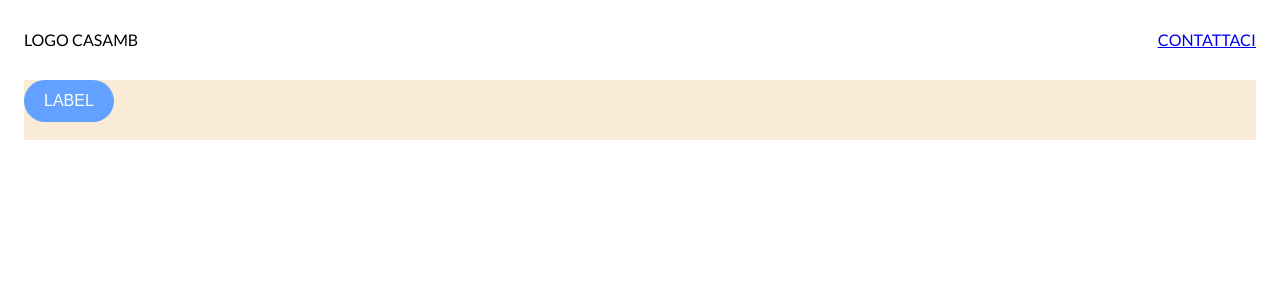
Repository: nicolorz/casamb
Page: /
These files come from the project's save history. The page is drawn as it stood at one moment and after the next save; the edit follows.
The browser window is 1280 px wide. The pictures show the whole page.
The project was rebuilt for these pictures with package versions that can differ from the ones it lists, and the page was loaded fresh each time. Also part of the build but not shown: src/index.css, src/App.css.

Above is the page before, as saved 2023-07-18 17:42:15.

### src/index.js
import React from 'react';
import ReactDOM from 'react-dom/client';
import './index.css';
import './assets/css/reset.css'
import './assets/css/style.css'
import App from './App';
import reportWebVitals from './reportWebVitals';

const root = ReactDOM.createRoot(document.getElementById('root'));
root.render(
  <React.StrictMode>
    <App />
  </React.StrictMode>
);

// If you want to start measuring performance in your app, pass a function
// to log results (for example: reportWebVitals(console.log))
// or send to an analytics endpoint. Learn more: https://bit.ly/CRA-vitals
reportWebVitals();

### src/assets/css/style.css
@import url('https://fonts.googleapis.com/css2?family=Lato:ital,wght@0,300;0,400;0,700;1,300;1,400;1,700&display=swap');

html, body {
  margin: 0;
  padding: 0;
  font-size: 16px;
  font-family: 'Lato', sans-serif;
}

.main-wrapper {
  width: 100vw;
  height: 100vh;
  background-color: #fff;
/*   display: flex;
  flex-flow: row nowrap; */
}

/* .sidebar {
  flex: 1;
  background-color: #f6f6f6;
  display: flex;
  flex-flow: column nowrap;
}

.card-wrapper {
  flex: 4;
  padding: 1rem;
  box-sizing: border-box;
  background-color: #EFF8FF;
  border: 1px solid #62A1FF;
  display: flex;
  flex-flow: row nowrap;
  align-items: flex-start;
  gap: 1rem;
}

.footer, .area-buttons {
  width: 100%;
  padding: 1rem;
  box-sizing: border-box;
  background-color: #EFF8FF;
  border: 1px solid #62A1FF;
}

.foooter {
  flex: 0 1 auto;
}

.area-buttons {
  flex: 1 0 auto;
}

.area-buttons {
  display: flex;
  flex-flow: column nowrap;
  gap: 0.5rem;
}

.area-buttons > button {
  align-self: flex-start;
}

.card {
  flex: 0 1 33%;
  padding: 1rem;
  background-color: #62A1FF;
  /* align-self: flex-start;
}

.card > img {
  width: 100%;
} */

### src/App.js
import logo from './logo.svg';
import './App.css';
import  {Header} from './components/HeaderWrapper/HeaderWrapper';

function App() {

  return (
    <div className="main-wrapper">
      <Header />
    </div>
  );
}

export default App;

### src/components/HeaderWrapper/HeaderWrapper.js
import './Header.css'
import { HeaderBottom } from './HeaderBottom'
import { HeaderTop } from './HeaderTop'

export const Header = () => {
    return <div className="header">
        <HeaderTop />
        <HeaderBottom />
    </div>
}

### src/components/HeaderWrapper/Header.css
.header {
    width: 100%;
    padding: 0 24px;
    box-sizing: border-box;
    position: fixed;
    top: 0;
    left: 0;
}

.header-top {
    width: 100%;
    display: flex;
    flex-flow: row nowrap;
    justify-content: space-between;
    align-items: center;
}

.header-top_logo {
    padding: 2rem 0;
}

.header-bottom {
    width: 100%;
    height: 60px;
    background-color: antiquewhite;
}

### src/components/HeaderWrapper/HeaderBottom.js
import { SortingBtn } from "../SortingBtn/Sortingbtn"

export const HeaderBottom = () => {
    return (
        <div className="header-bottom">
            <SortingBtn />
        </div>
    )
}

### src/components/HeaderWrapper/HeaderTop.js
export const HeaderTop = () => {
    return <div className="header-top">
        <div className="header-top_logo">LOGO CASAMB</div>
        <a href="*" target="_self">CONTATTACI</a>
    </div>
}

### src/components/SortingBtn/Sortingbtn.js
import './Sortingbtn.css'

export const SortingBtn = () => (
  <button className="sorting-btn">LABEL</button>
);

### src/components/SortingBtn/Sortingbtn.css
.sorting-btn {
    background-color: #62A1FF;
    color: #fff;
    padding: 12px 20px;
    border: none;
    border-radius: 50px;
    -webkit-border-radius: 50px;
    -moz-border-radius: 50px;
    -ms-border-radius: 50px;
    -o-border-radius: 50px;
    font-size: 16px;
}

Loaded but not shown: public/index.html (common file); src/assets/css/reset.css (common file); src/reportWebVitals.js (common file)

After the next save:
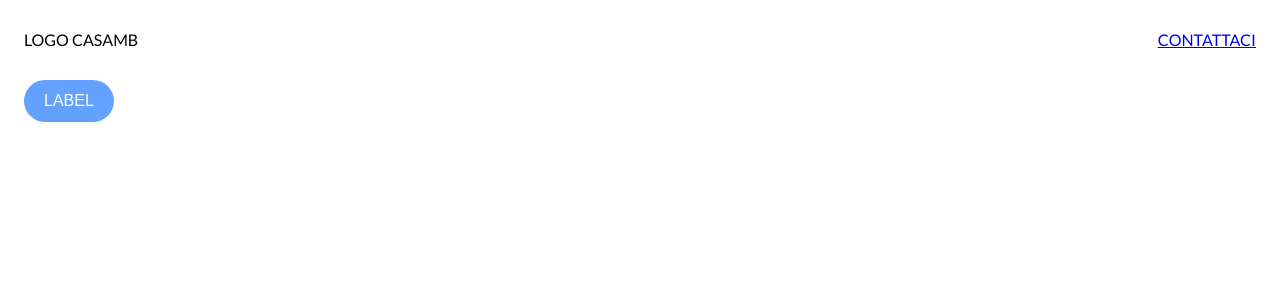
Saved 49 s later.
--- a/src/components/HeaderWrapper/Header.css
+++ b/src/components/HeaderWrapper/Header.css
@@ -21,6 +21,4 @@
 
 .header-bottom {
     width: 100%;
-    height: 60px;
-    background-color: antiquewhite;
 }
